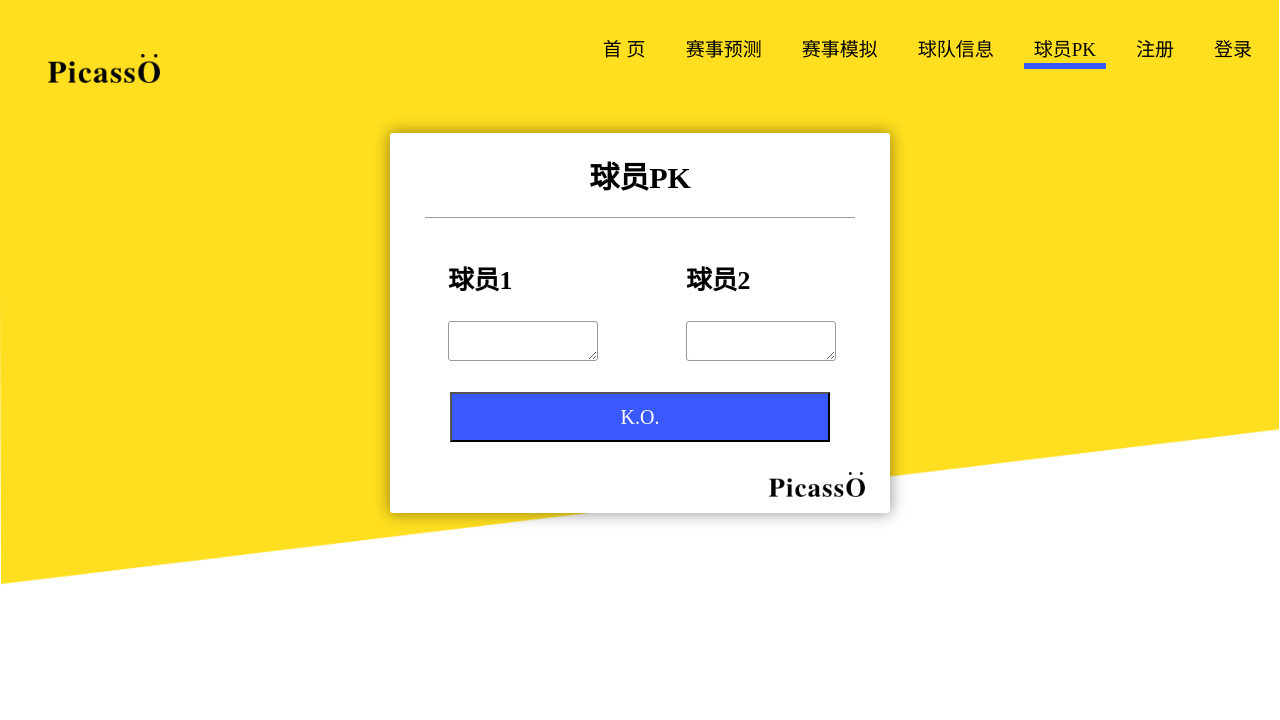
Repository: cciixx/nba-prediction-sys
Page: public/PK_index.html
An editor plug-in stored every save of this project. The page is shown before and after the next save, followed by the edit.
The browser window is 1280 px wide. The pictures show the whole page.
Backgrounds fixed to the window are drawn as part of the page.

Above is the page before, as saved 2020-04-03 21:21:55.

After the next save:
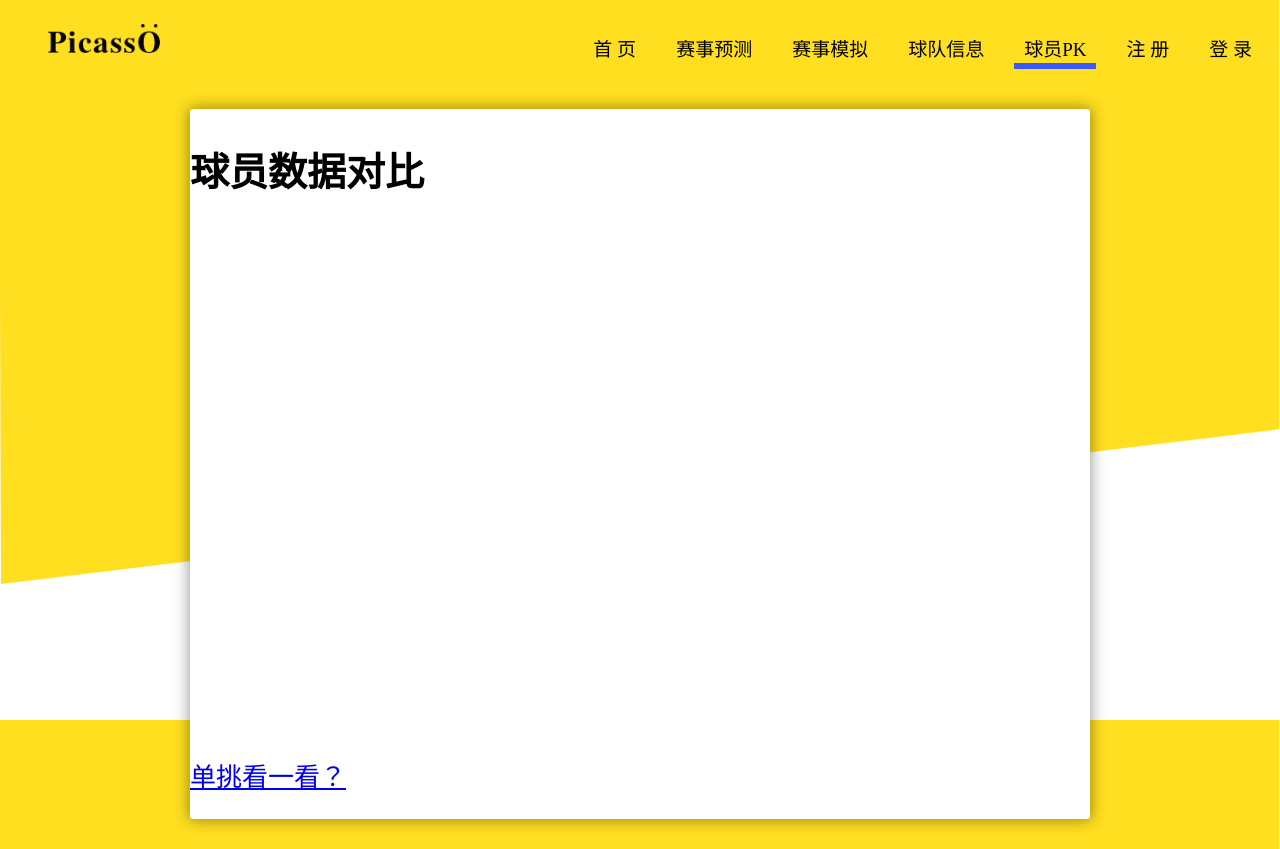
Saved 23 s later.
--- a/public/PK_index.html
+++ b/public/PK_index.html
@@ -4,7 +4,8 @@
 <meta charset="utf-8">
 <title>NBA预测系统-球员PK</title>
     <link  href="css/navl.css" rel="stylesheet" type="text/css">
-    <link  href="css/search.css" rel="stylesheet" type="text/css">
+    <link  href="css/player_PK.css" rel="stylesheet" type="text/css">
+    <script  src="JS/echarts.min.js"></script>
 	<style>
 		body{background-image: url(images/half_yellow.png);}
 	</style>
@@ -12,29 +13,28 @@
 
 <body>
     <div class="header">
-        <ul class='navl'style="background-color: blueviolet;">
-            <li><a href="login.html">登录</a></li>
-            <li><a href="register.html">注册</a></li>
+        <ul class='navl'>
+            <li><a href="login.html">登 录</a></li>
+            <li><a href="register.html">注 册</a></li>
             <li style="border-bottom: 6px solid #3a59fd;"><a href="PK_index.html">球员PK</a></li>
             <li><a href="team.html">球队信息</a></li>
             <li><a href="live_index.html">赛事模拟</a></li>
             <li><a href="predict.html">赛事预测</a></li>
             <li><a href="first.html">首 页</a></li>
             <img src="images/logo.png">
-        </ul>
-    </div>
+        </ul></div>
 
-    <div class="wrapper">
-        <div class="bg">
-            <h2 style="font-size: 30px;">球员PK</h2>
-            <div style="overflow: hidden;">
-                <div class='box'><h3>球员1</h3><textarea></textarea></div>
-                <div class='box'><h3>球员2</h3><textarea></textarea></div>
+        <div class="wrapper">
+            <div class="bg">
+                <h2>球员数据对比</h2>
+                <div class="name">
+                    <div><h3 id="player1_name"></h3></div>
+                    <div><h3 id="player2_name"></h3></div>
+                </div>
+                <div class="chart", id="chartmain"></div>
+                <p><a href="1V1.html" id="jump">单挑看一看？</a></p>
             </div>
-            <div style="text-align: center;"><a href="player_PK.html"><input class="btn" type="submit" name="submit" value="K.O."></a></div>
-            <img src="images/logo.png">
         </div>
     </div>
-
 </body>
 </html>
